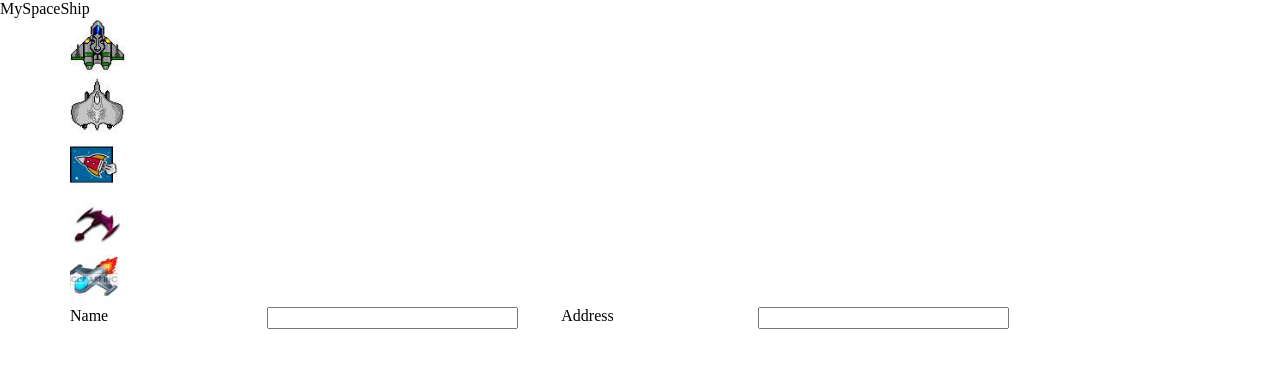
Repository: eudesf/MySpaceShip
Page: MySpaceShip/WebContent/Copy of formlayoutajax.html
An editor plug-in stored every save of this project. The page is shown before and after the next save, followed by the edit.
The browser window is 1280 px wide. The pictures show the whole page.

Above is the page before, as saved 2012-03-19 13:33:53.

After the next save:
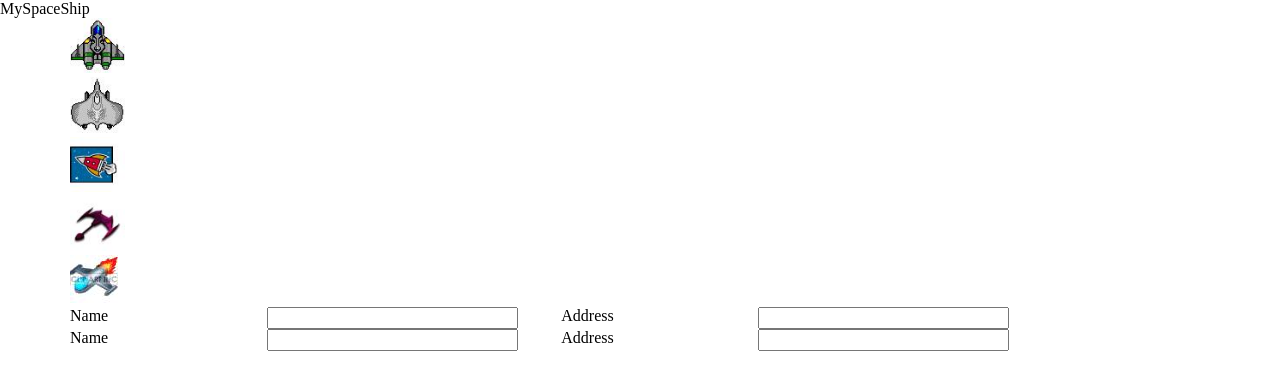
Saved 63 s later.
--- a/MySpaceShip/WebContent/Copy of formlayoutajax.html
+++ b/MySpaceShip/WebContent/Copy of formlayoutajax.html
@@ -69,6 +69,20 @@
 									<input id="address" type="text"/>
 								</div>
 							</div>
+							<div class="row">
+								<div class="twocol">
+									<label for="name">Name</label>
+								</div>
+								<div class="threecol">
+									<input id="name" class="w100p" type="text" />
+								</div>
+								<div class="twocol">
+									<label for="address">Address</label>
+								</div>
+								<div class="threecol last">
+									<input id="address" type="text"/>
+								</div>
+							</div>
 						</form>
 					</article>
 				</section>
